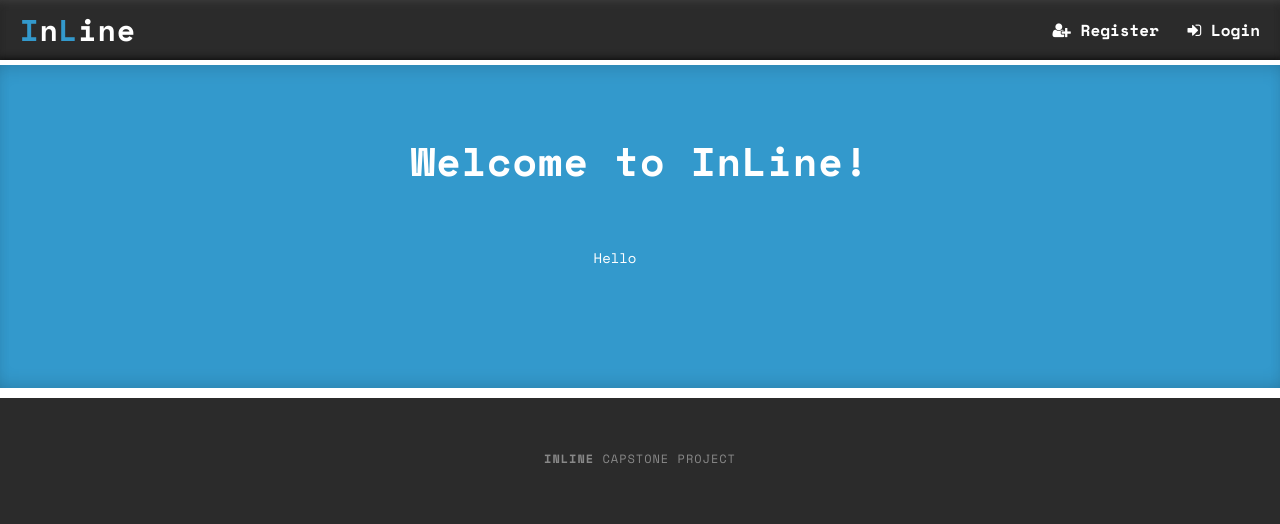
Repository: jpierik/CSI499-Restaurant-App
Page: http://localhost/capstone/index.php
The author's editor kept a record of every edit. The page is drawn from the files as they stood at one moment, then again after the next edit.
The browser window is 1280 px wide. The pictures show the whole page.
Some web libraries are served in a nearby version. The page is run by PHP 8.4 with error messages shown; the project is at /var/www/html/. Queries for data that is not in the repository find no rows.

Above is the page before.

After the next edit:
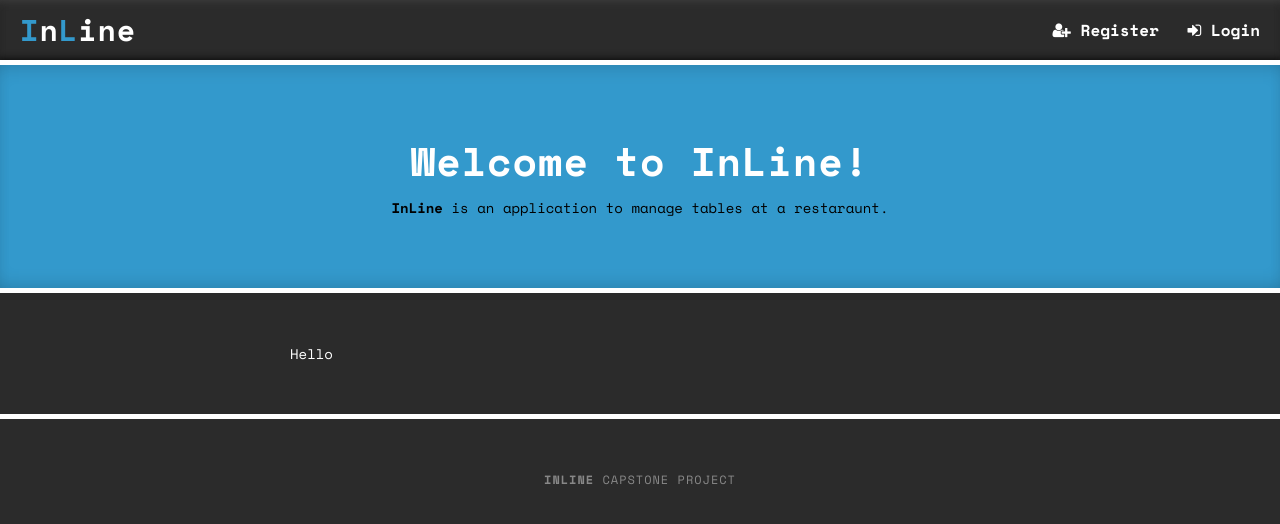
The edit:
--- a/Nick/InLinePHPWebsite/capstone/index.php
+++ b/Nick/InLinePHPWebsite/capstone/index.php
@@ -84,7 +84,7 @@
             </aside>
             --!>                    <?php } ?>
             <!-- ARTICLE LIST -->
-            <!--    <p><b>InLine</b> is an application to manage tables at a restaraunt.</p>
+            <p><b>InLine</b> is an application to manage tables at a restaraunt.</p>
         </section>
 
                 <?php
